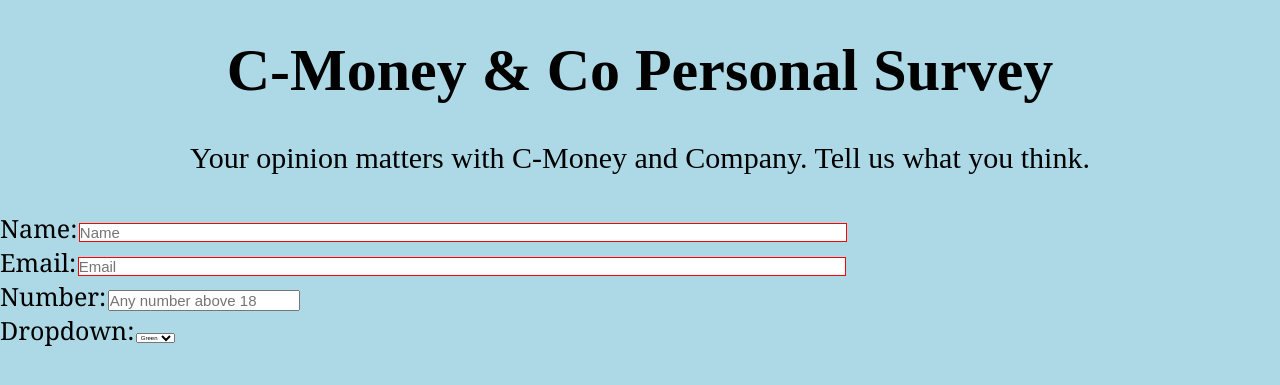
Repository: ctcoleman/surveyForm
Page: index.html
An editor plug-in stored every save of this project. The page is shown before and after a run of saves, followed by the edit.
The browser window is 1280 px wide. The pictures show the whole page.

Above is the page before, as saved 2020-06-26 10:59:56.
Console error: TypeError: Cannot read properties of null (reading 'addEventListener')

### index.html
<!DOCTYPE html>
<html lang="en">

<!-- Head -->
  <head>
    <meta name="description" content="Survey Form Example Project">
    <meta name="author" content="Christopher Coleman">
    <meta name="title" content="Survey Form Project">
    <meta name="keywords" content="Survey, Forms, HTML, CSS, Example, Project"
    <meta name="viewport" content="width=device-width, initial-scale=1.0">
    <meta charset="UTF-8">
    <link rel="stylesheet" type="text/css" href="/assets/stylesheets/index.css">
    <title>Survey Form Project</title>
  </head>

<!-- Body -->
  <body>


    <!-- Main Content-->
    <main id="main">

      <!-- Header -->
      <header id="titleHeading" class="heading">
        <h1 id="title">C-Money & Co Personal Survey</h1>
      </header>

      <!-- Description of Survey-->
      <section class="descriptionSection">
        <p id="description">Your opinion matters with C-Money and Company. Tell us what you think.</p>
      </section>

      <!-- Survey Form -->
      <form id="survey-form" class="formWrapper" action="#" method="post">
        <!-- Name -->
        <div class="nameEntery">
          <label for="name-label">Name:</label>
          <input type="text" id="name" name="user_name" placeholder="Name" required>
        </div>
        <!-- E-Mail -->
        <div class="emailEntery">
          <label for="email-label">Email:</label>
          <input type="email" id="email" name="user_email" placeholder="Email" required>
        </div>
        <!-- Number -->
        <div class="numberEntery">
          <label for="number-label">Number:</label>
          <input type="number" id="number" placeholder="Any number above 18" min="18" max="150">
        </div>
        <!-- Dropdown -->
        <div class="dropdownEntery">
          <label for="dropdown-label">Dropdown:</label>
          <select type="dropdown" id="dropdown" placeholder="Select from the following" required>
            <option value="Green">Green</option>
        </div>
      </form>

      <!-- Footer -->
      <footer>
        <p>&copy;C-Money & Co</p>
      </footer>
    </main>

    <script>
      const btn = document.querySelector('button');
      const txt = document.querySelector('p')

      btn.addEventListener('click', updateBtn);

      function updateBtn () {
        if (btn.textContent === 'I am a button') {
          btn.textContent = 'I am a new button';
          txt.textContent = 'New Lorem Ipsum';
        } else {
          btn.textContent = 'I am a button';
          txt.textContent = 'Lorem Ipsum'
        }
      }
    </script>
    <script>url('https://cdn.freecodecamp.org/testable-projects-fcc/v1/bundle.js')</script>
  </body>
</html>

### assets/stylesheets/index.css
* {
  margin: 0;
  padding: 0;
  outline: 0;
  box-sizing: border-box;
  font-size: 62.5%;
}

html {
 background: lightblue;
 color: black;
 -webkit-font-smoothing: antialiased;
}

h1 {
  font-size: 6rem;
  text-align: center;
  margin: 5vh 3vw;
}

p {
  font-size: 3rem;
  text-align: center;
  margin: 5vh 3vw;
}

input {
  font-size: 1.5rem;
  width: 60vw;
}
#number {
  width: 15vw;
}
input:required {
  border: 1px solid red;
}

label {
  font-size: 2.5rem;
  font-family: Georgia, 'Times New Roman', Times, serif;
}

After the next 2 saves:
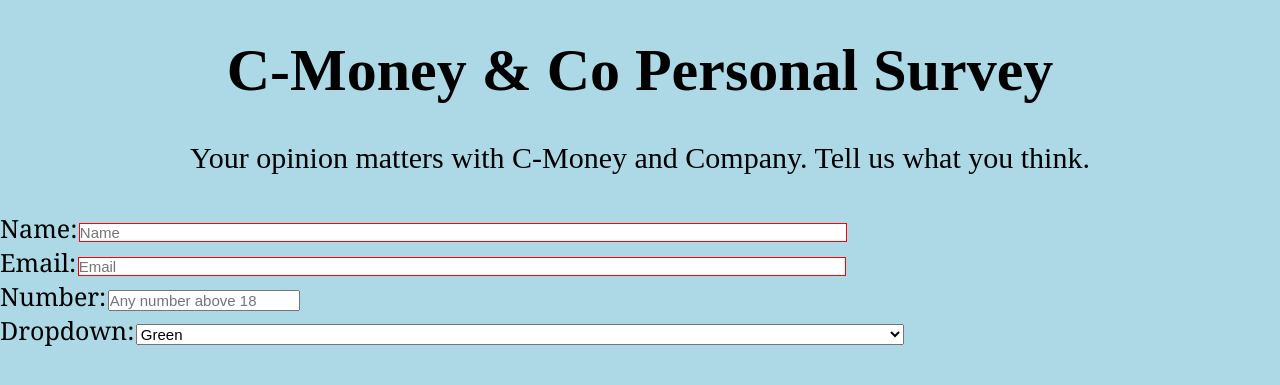
The 2 saves are shown as one change because they came seconds apart.
The last was saved 18 s later.
--- a/assets/stylesheets/index.css
+++ b/assets/stylesheets/index.css
@@ -24,7 +24,8 @@ p {
   margin: 5vh 3vw;
 }
 
-input {
+input,
+select {
   font-size: 1.5rem;
   width: 60vw;
 }
